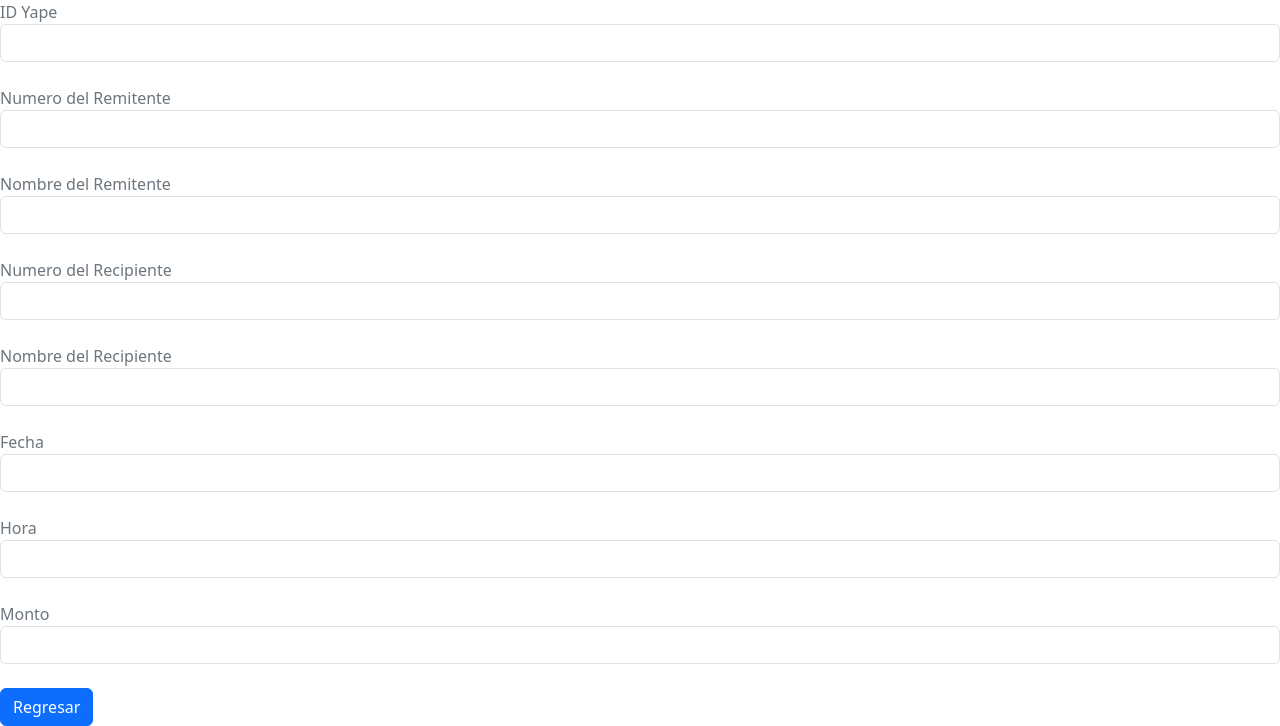
Repository: Gimblet/LP1_Proyecto_Yape
Page: http://localhost/Yape/YapeInfo.jsp
These files come from the project's save history. The page is drawn as it stood at one moment and after the next save; the edit follows.
The browser window is 1280 px wide. The pictures show the whole page.
The page is served by Tomcat 9.

Above is the page before, as saved 2024-05-03 01:26:01.

After the next save:
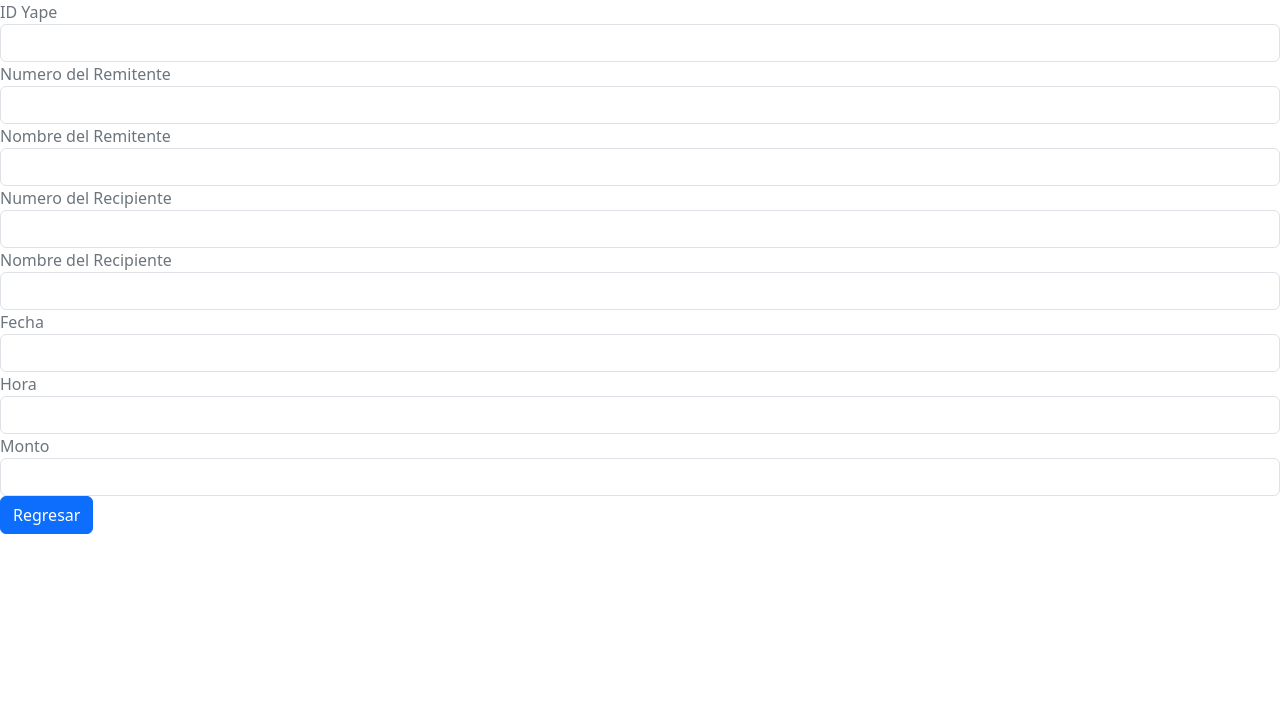
Saved 79 s later.
--- a/Yape/src/main/webapp/YapeInfo.jsp
+++ b/Yape/src/main/webapp/YapeInfo.jsp
@@ -21,47 +21,39 @@
 </head>
 <body>
 	<main>
-		<form action="Servlet" method="post" class="form-group">
+		<form action="Servlet" method="post">
 			<div class="form-group">
 				<label class="text-secondary">ID Yape</label>
 				<input class="form-control" type="text" name="txtYapeId" value="<%= (item != null)? item.getIdYape():"" %>">
 			</div>
-			<br>
 			<div class="form-group">
 				<label class="text-secondary">Numero del Remitente</label>
 				<input class="form-control" type="text" name="txtNumeroRemitente" value="<%= (item != null)? item.getNumeroRemitente():"" %>">
 			</div>
-			<br>
 			<div class="form-group">
 				<label class="text-secondary">Nombre del Remitente</label>
 				<input class="form-control" type="text" name="txtNombreRemitente" value="<%= (item != null)? item.getNombreRemitente():"" %>">
 			</div>
-			<br>
 			<div class="form-group">
 				<label class="text-secondary">Numero del Recipiente</label>
 				<input class="form-control" type="text" name="txtNumeroRecipiente" value="<%= (item != null)? item.getNumeroRecipiente():"" %>">
 			</div>
-			<br>
 			<div class="form-group">
 				<label class="text-secondary">Nombre del Recipiente</label>
 				<input class="form-control" type="text" name="txtNombreRecipiente" value="<%= (item != null)? item.getNombreRecipiente():"" %>">
 			</div>
-			<br>
 			<div class="form-group">
 				<label class="text-secondary">Fecha</label>
 				<input class="form-control" type="text" name="txtFecha" value="<%= (item != null)? item.getFecha():"" %>">
 			</div>
-			<br>
 			<div class="form-group">
 				<label class="text-secondary">Hora</label>
 				<input class="form-control" type="text" name="txtDocente" value="<%= (item != null)? item.getHora():"" %>">
 			</div>
-			<br>
 			<div class="form-group">
 				<label class="text-secondary">Monto</label>
 				<input class="form-control" type="text" name="txtDocente" value="<%= (item != null)? item.getMontoRecipiente():"" %>">
 			</div>
-			<br>
 		</form>
 	</main>
 
